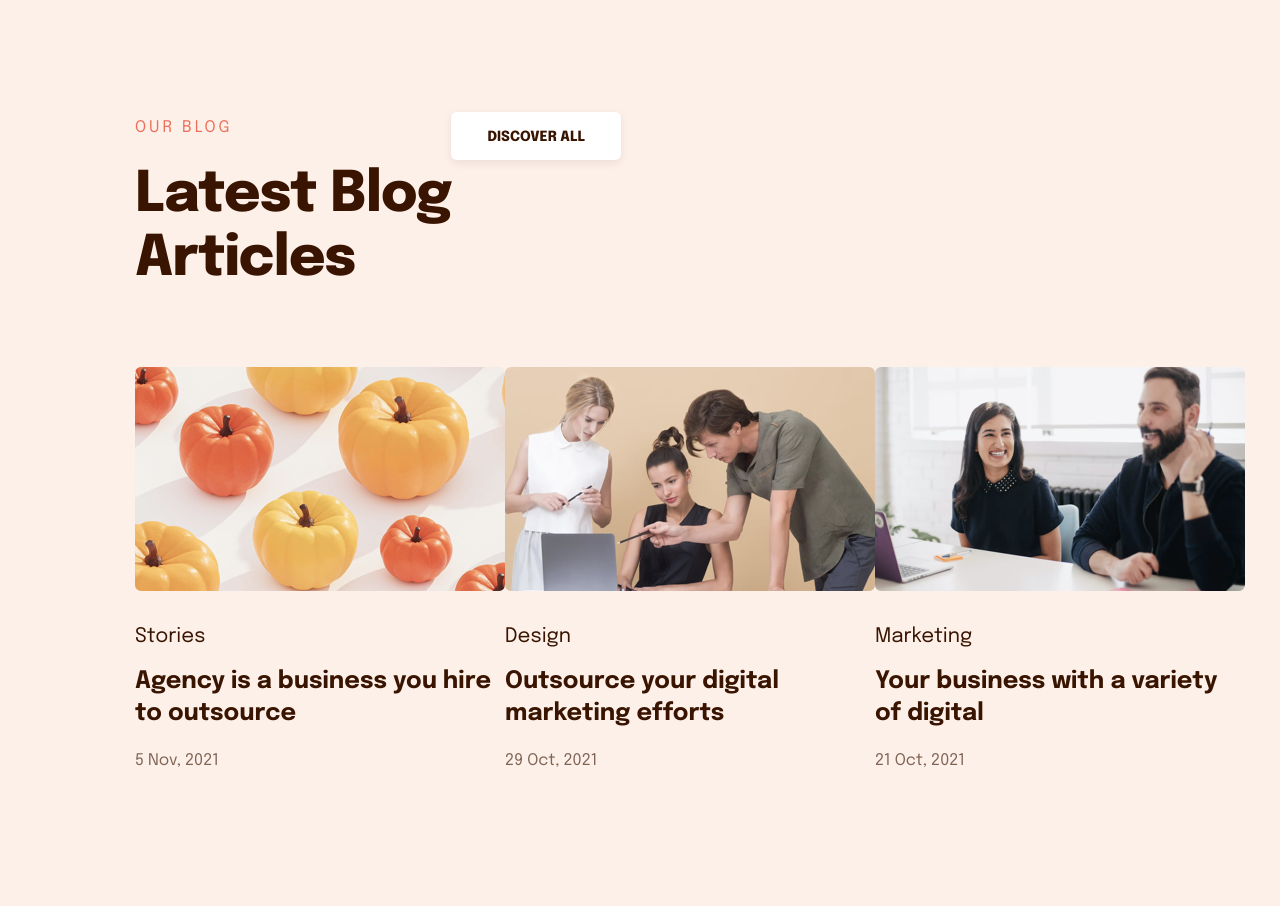
Repository: qafqazly123/websayt-1
Page: blogPage/index.html
The author's editor kept a copy of each file at every save. The page is drawn from the files as they stood at one save, then again after a run of saves.
The browser window is 1280 px wide. The pictures show the whole page.

Above is the page before, as saved 2023-12-19 15:20:33.

### blogPage/index.html
<!DOCTYPE html>
<html lang="en">
<head>
    <meta charset="UTF-8">
    <meta name="viewport" content="width=device-width, initial-scale=1.0">
    <title>Document</title>
 <link rel="stylesheet" href="index.css">
</head>
<body>
    <div class="container">
        <div class="text">
            <div class="collaj">
            <div class="text-box">
                <h4>Our Blog</h4>
                <h1>Latest Blog <br>
                    Articles</h1>
            </div>
                    <button>
                        <a href="#">Discover All</a>
                    </button>
            </div>

                <div class="img-container">
                    <ul>
                        <li>
                            <img src="../images/Bitmap (4).svg" alt="">
                            <h5>Stories</h5>
                            <h3>Agency is a business you hire to outsource</h3>
                            <p>5 Nov, 2021</p>
                        </li>
                        <li>
                            <img src="../images/Bitmap (5).svg" alt="">
                            <h5>Design</h5>
                            <h3>Outsource your digital marketing efforts</h3>
                            <p>29 Oct, 2021</p>
                        </li>
                        <li>
                            <img src="../images/Bitmap (6).svg" alt="">
                            <h5>Marketing</h5>
                            <h3>Your business with a variety of digital</h3>
                            <p>21 Oct, 2021</p>
                        </li>
                    </ul>
                </div>
        </div>
    </div>
</body>
</html>

### blogPage/index.css
@import url('https://fonts.googleapis.com/css2?family=Epilogue:wght@400;700;800&display=swap');
*{
    margin: 0px;
    padding: 0px;
    box-sizing: border-box;
}
.container{
    padding: 112px 135px 129px 135px;
    background-color: #FDF0E9;

}
.collaj{
    display: flex;
}
.text h4{
    color: var(--Text_Dark_Accent, #EF6D58);
font-feature-settings: 'clig' off, 'liga' off;

/* H5 */
font-family: Epilogue;
font-size: 16px;
font-style: normal;
font-weight: 400;
line-height: 32px; /* 200% */
letter-spacing: 3px;
text-transform: uppercase;
}
.text h1{
    margin-top: 20px;
    color: var(--Text_Dark, #391400);
font-feature-settings: 'clig' off, 'liga' off;

/* H2 */
font-family: Epilogue;
font-size: 56px;
font-style: normal;
font-weight: 800;
line-height: 64px; /* 114.286% */
letter-spacing: -1px;
}

li{
    list-style-type: none;
    margin-top: 75px;
}
ul{
    display: flex;
    justify-content: space-between;
    align-items: center;
}

li h5{
    margin-top: 26px;
    color: var(--Text_Dark, #391400);
font-feature-settings: 'clig' off, 'liga' off;

/* Text_Big */
font-family: Epilogue;
font-size: 20px;
font-style: normal;
font-weight: 400;
line-height: 32px; /* 160% */
}
li h3{
    margin-top: 13px;
    color: var(--Text_Dark, #391400);
font-feature-settings: 'clig' off, 'liga' off;

/* H4 */
font-family: Epilogue;
font-size: 24px;
font-style: normal;
font-weight: 700;
line-height: 32px; /* 133.333% */
}
li p{
    margin-top: 15px;
    color: var(--Text_Dark_Gray, rgba(57, 20, 0, 0.64));
font-feature-settings: 'clig' off, 'liga' off;

/* Text */
font-family: Epilogue;
font-size: 16px;
font-style: normal;
font-weight: 400;
line-height: 32px; /* 200% */
}
button{
    width: 170px;
height: 48px;
border-radius: 6px;
border: none;
background: #FFF;
box-shadow: 0px 3px 9px 0px rgba(57, 20, 0, 0.08);
}
button a{
    color: #391400;
text-align: center;
font-family: Epilogue;
font-size: 14px;
font-style: normal;
font-weight: 900;
line-height: normal;
text-transform: uppercase;
text-decoration: none;
}

After the next 3 saves:
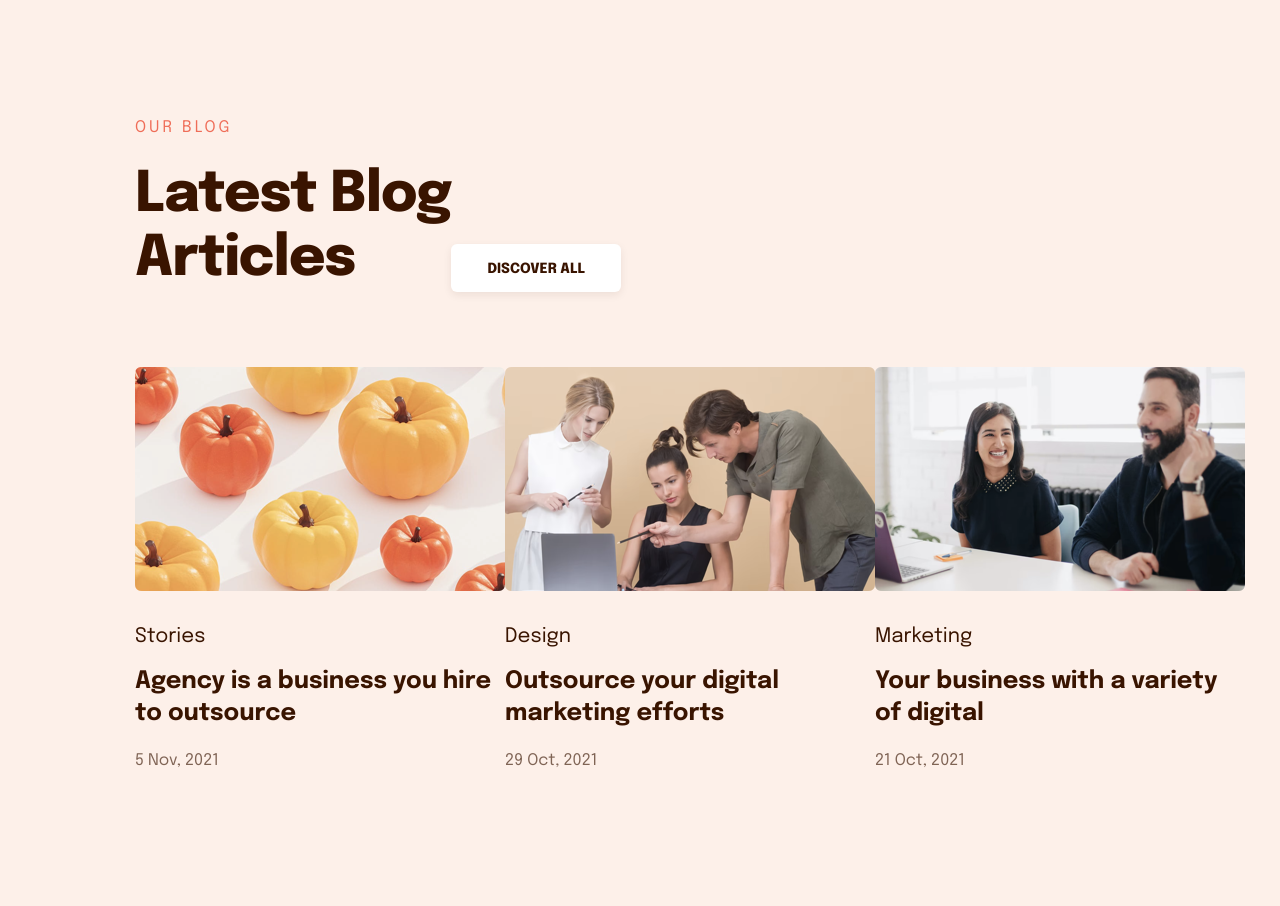
The 3 saves are shown as one change because they came seconds apart.
The last was saved 37 s later.
--- a/blogPage/index.css
+++ b/blogPage/index.css
@@ -86,6 +86,7 @@ font-weight: 400;
 line-height: 32px; /* 200% */
 }
 button{
+    align-self: flex-end;
     width: 170px;
 height: 48px;
 border-radius: 6px;
